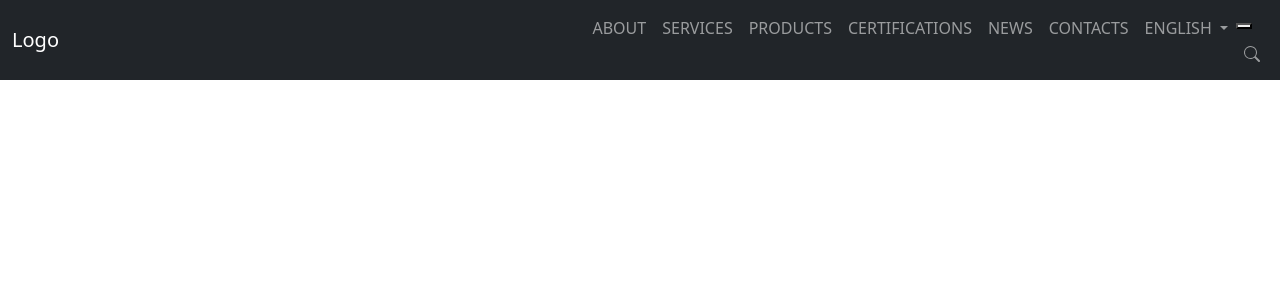
Repository: nourHellani/Buckler
Page: index.html
These files come from the project's save history. The page is drawn as it stood at one moment and after the next save; the edit follows.
The browser window is 1280 px wide. The pictures show the whole page.

Above is the page before, as saved 2023-02-13 11:09:54.

### index.html
<!DOCTYPE html>
<html lang="en">
<head>
    <meta charset="UTF-8">
    <meta http-equiv="X-UA-Compatible" content="IE=edge">
    <meta name="viewport" content="width=device-width, initial-scale=1.0">
    <link href="https://cdn.jsdelivr.net/npm/bootstrap@5.2.3/dist/css/bootstrap.min.css" rel="stylesheet">
    <script src="https://cdn.jsdelivr.net/npm/bootstrap@5.2.3/dist/js/bootstrap.bundle.min.js"></script>

    <title>Buckler</title>
</head>
<body>

    <nav class="navbar navbar-expand-sm navbar-dark bg-dark">
        <div class="container-fluid">
          <a class="navbar-brand" href="javascript:void(0)">Logo</a>
          <button class="navbar-toggler" type="button" data-bs-toggle="collapse" data-bs-target="#mynavbar">
            <span class="navbar-toggler-icon"></span>
          </button>

            <form class="d-flex">
                <div class="collapse navbar-collapse" id="mynavbar">
                    <ul class="navbar-nav me-auto">
                      <li class="nav-item">
                        <a class="nav-link" href="javascript:void(0)">ABOUT</a>
                      </li>
                      <li class="nav-item">
                        <a class="nav-link" href="javascript:void(0)">SERVICES</a>
                      </li>
                      <li class="nav-item">
                        <a class="nav-link" href="javascript:void(0)">PRODUCTS</a>
                      </li>
                      <li class="nav-item">
                        <a class="nav-link" href="javascript:void(0)">CERTIFICATIONS</a>
                      </li>
                      <li class="nav-item">
                        <a class="nav-link" href="javascript:void(0)">NEWS</a>
                      </li>
                      <li class="nav-item">
                        <a class="nav-link" href="javascript:void(0)">CONTACTS</a>
                      </li>
                      <li class="nav-item dropdown">
                        <a class="nav-link dropdown-toggle" href="#" id="navbarScrollingDropdown" role="button" data-bs-toggle="dropdown" aria-expanded="false">
                            ENGLISH
                        </a>
                        <ul class="dropdown-menu" aria-labelledby="navbarScrollingDropdown">
                          <li><a class="dropdown-item" href="#">ENGLISH</a></li>
                          <li><a class="dropdown-item" href="#">ARABIC</a></li>
                        </ul>
                      </li>
                      <li class="nav-item">
                        <button type="submit"><i class="bi bi-search"></i></button>
                        <a class="nav-link" href="javascript:void(0)"><svg xmlns="http://www.w3.org/2000/svg" width="16" height="16" fill="currentColor" class="bi bi-search" viewBox="0 0 16 16">
                            <path d="M11.742 10.344a6.5 6.5 0 1 0-1.397 1.398h-.001c.03.04.062.078.098.115l3.85 3.85a1 1 0 0 0 1.415-1.414l-3.85-3.85a1.007 1.007 0 0 0-.115-.1zM12 6.5a5.5 5.5 0 1 1-11 0 5.5 5.5 0 0 1 11 0z"/>
                          </svg></a>
                      </li>

                    </ul>
            </form>
          </div>
        </div>
      </nav>

</body>
</html>

After the next save:
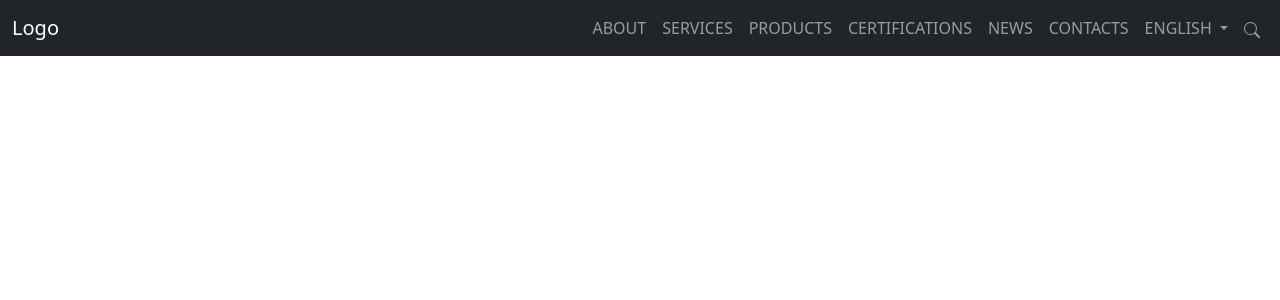
Saved 15 s later.
--- a/index.html
+++ b/index.html
@@ -49,7 +49,6 @@
                         </ul>
                       </li>
                       <li class="nav-item">
-                        <button type="submit"><i class="bi bi-search"></i></button>
                         <a class="nav-link" href="javascript:void(0)"><svg xmlns="http://www.w3.org/2000/svg" width="16" height="16" fill="currentColor" class="bi bi-search" viewBox="0 0 16 16">
                             <path d="M11.742 10.344a6.5 6.5 0 1 0-1.397 1.398h-.001c.03.04.062.078.098.115l3.85 3.85a1 1 0 0 0 1.415-1.414l-3.85-3.85a1.007 1.007 0 0 0-.115-.1zM12 6.5a5.5 5.5 0 1 1-11 0 5.5 5.5 0 0 1 11 0z"/>
                           </svg></a>
